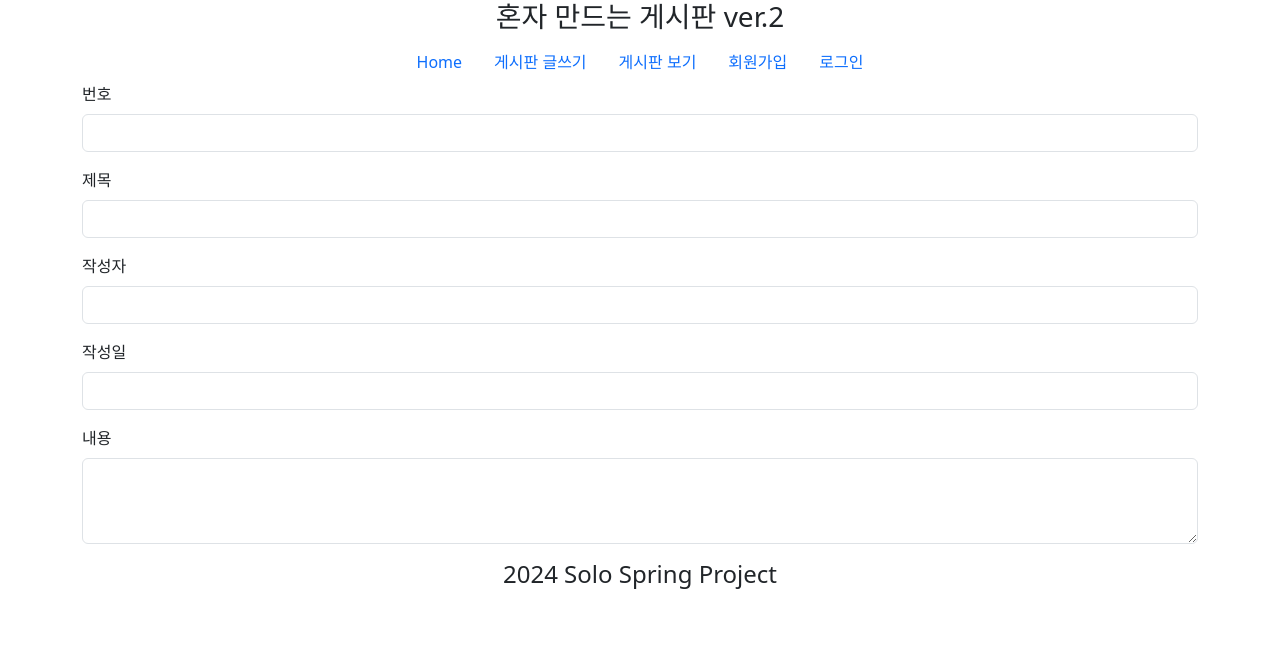
Repository: nefer2/Spring_test
Page: http://localhost/spring_test7/WEB-INF/views/board/modify.jsp
These files come from the project's save history. The page is drawn as it stood at one moment and after the next save; the edit follows.
The browser window is 1280 px wide. The pictures show the whole page.
The page is served by Tomcat 9. Nobody is signed in. The template is opened directly, without the code that normally fills it, so the values that code supplies are empty.

Above is the page before, as saved 2024-01-18 00:47:45.

After the next save:
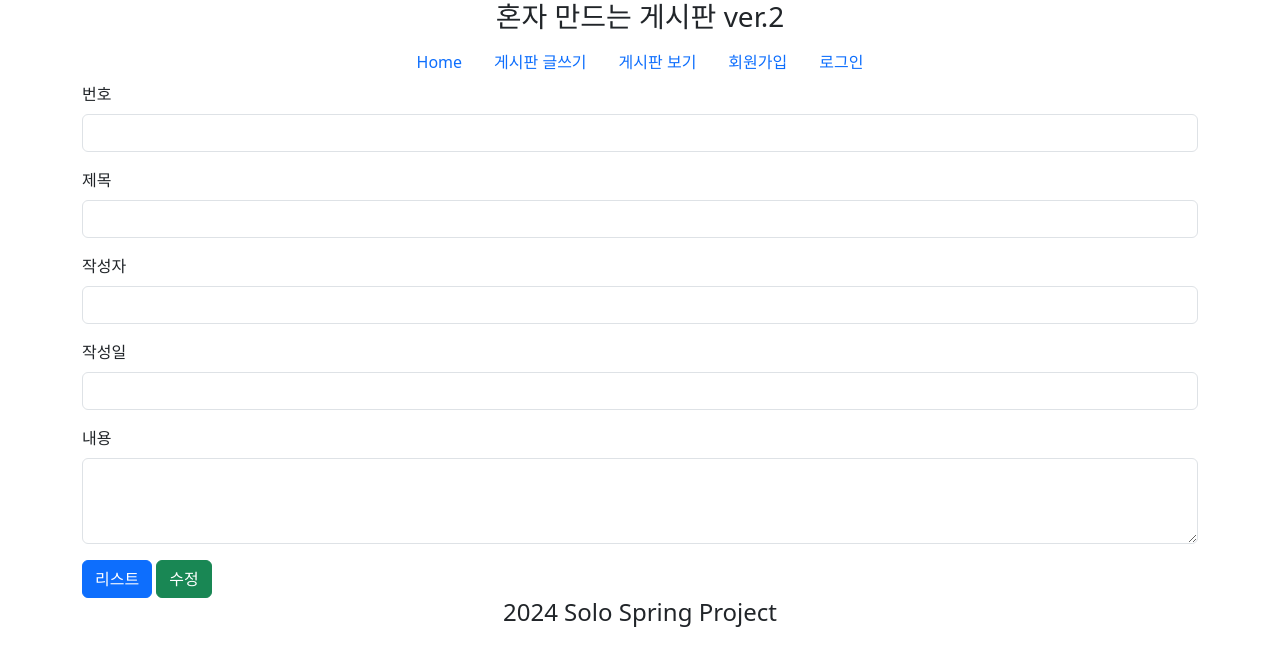
Saved 8 s later.
--- a/spring_test7/src/main/webapp/WEB-INF/views/board/modify.jsp
+++ b/spring_test7/src/main/webapp/WEB-INF/views/board/modify.jsp
@@ -33,6 +33,9 @@
 	  <label for="content" class="form-label">내용</label>
 	  <textarea name="content" class="form-control" id="content" rows="3">${bvo.content }</textarea>
 	</div>
+
+	<a href="/board/list"><button type="button" class="btn btn-primary"> 리스트 </button></a>
+<button type="submit" class="btn btn-success" id="regBtn"> 수정 </button>
 </form>
 </div>
 
